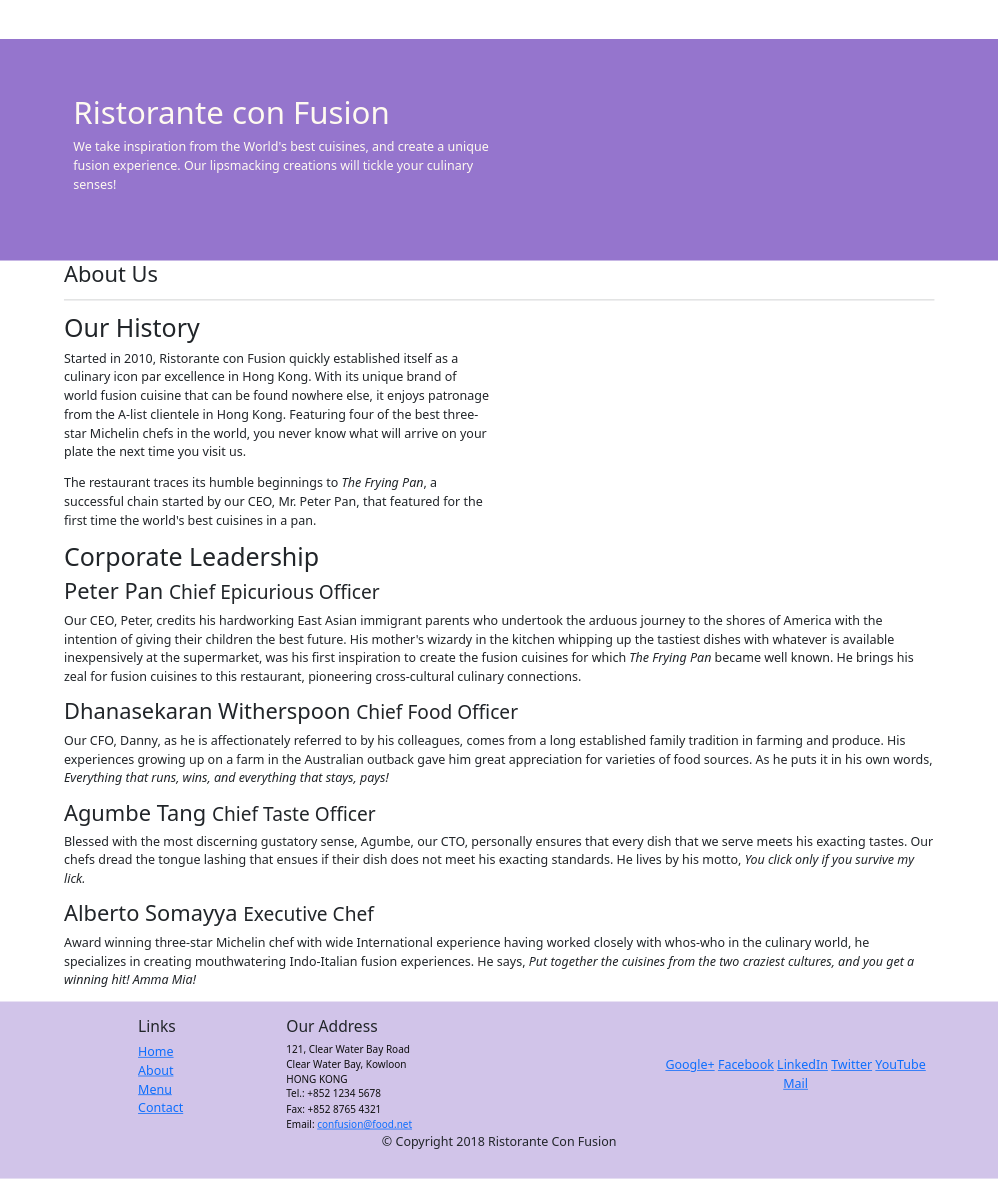
Repository: DungBuiTuan/FER201m
Page: LAB1/Aboutus.html
An editor plug-in stored every save of this project. The page is shown before and after the next save, followed by the edit.
The browser window is 1280 px wide. The pictures show the whole page, at 78% of full size.
Some web libraries are served in a nearby version.

Above is the page before, as saved 2023-05-19 22:45:31.

After the next save:
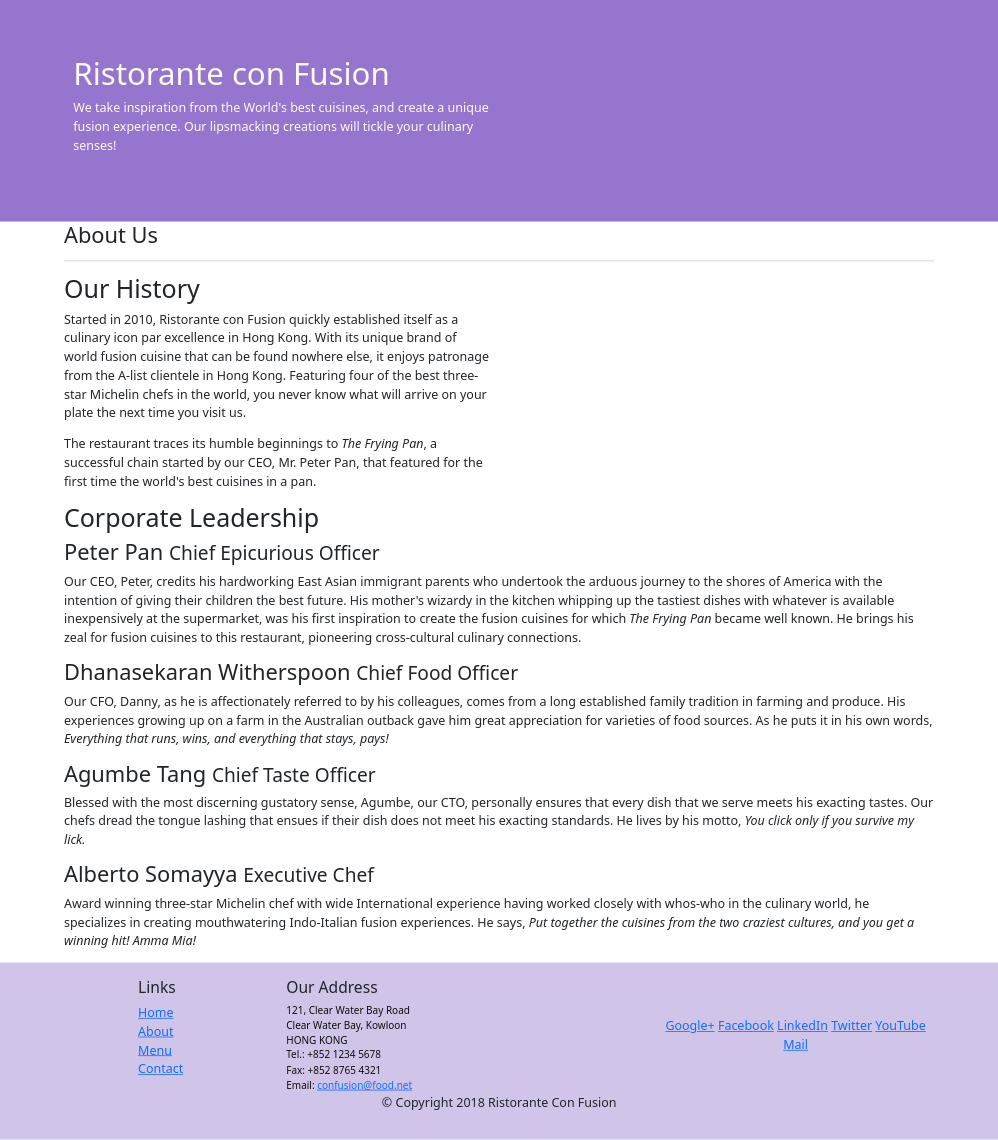
Saved 25 s later.
--- a/LAB1/style.css
+++ b/LAB1/style.css
@@ -1,5 +1,5 @@
 body{
-    padding:50px 0px 0px 0px;
+    /* padding:50px 0px 0px 0px; */
     z-index:0;
 }
 
